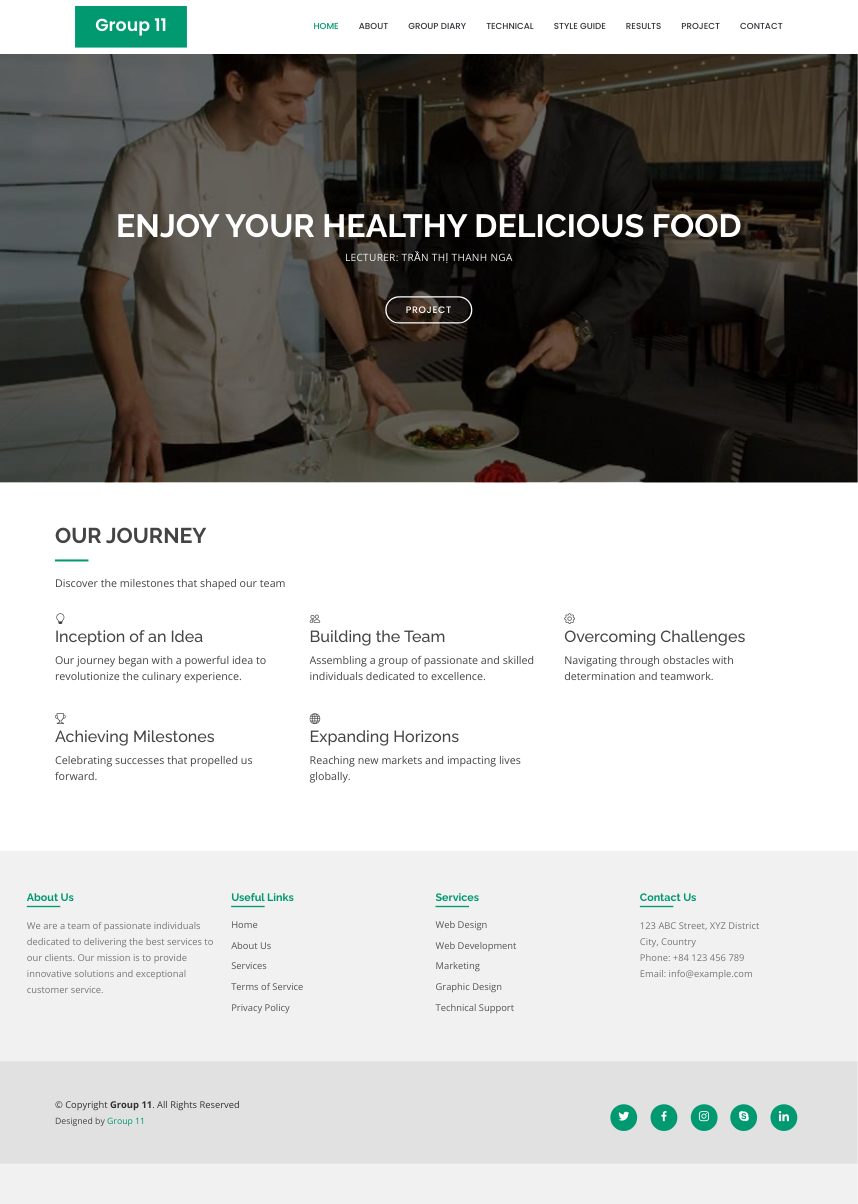
Repository: HoangKhangKhuPho4/Group_Web
Page: index.html
The author's editor kept a copy of each file at every save. The page is drawn from the files as they stood at one save, then again after the next save.
The browser window is 1280 px wide. The pictures show the whole page, at 67% of full size.
Backgrounds fixed to the window are drawn as part of the page.

Above is the page before, as saved 2024-10-19 23:55:26.

After the next save:
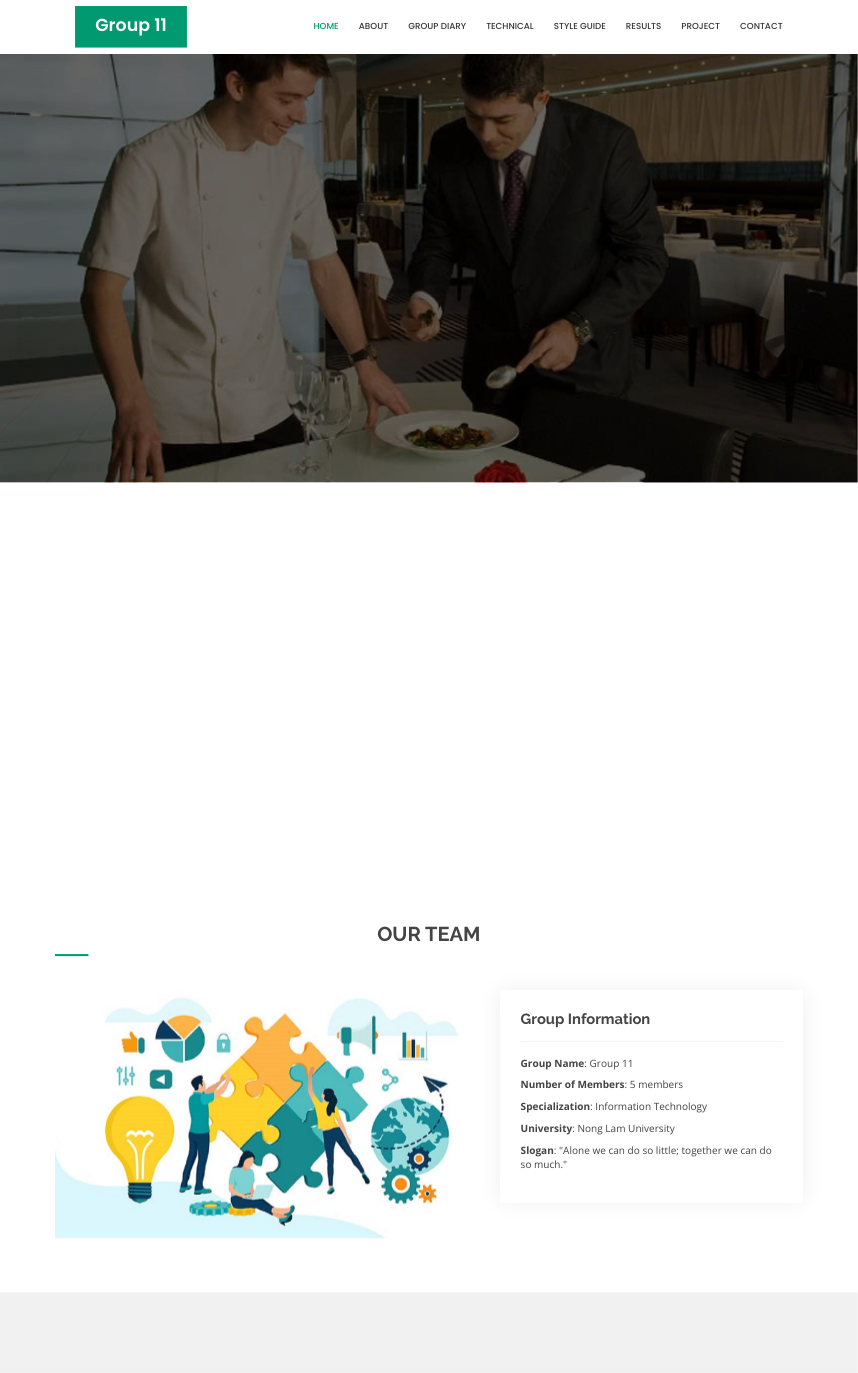
Console error: ReferenceError: AOS is not defined
Saved 2 min 8 s later.
--- a/index.html
+++ b/index.html
@@ -79,7 +79,7 @@
     <!-- ======= Our Journey Section ======= -->
     <section id="our-team-story" class="our-team-story">
       <div class="container" data-aos="fade-up">
-        <div class="section-title">
+        <div class="section-title text-center">
           <h2>Our Journey</h2>
           <p>Discover the milestones that shaped our team</p>
         </div>
@@ -158,7 +158,56 @@
     </section>
     <!-- End Our Journey Section -->
 
-    <!-- ... (giữ nguyên các phần khác nếu cần) ... -->
+    <!-- ======= Our Team Section ======= -->
+    <section id="portfolio-details" class="portfolio-details" style="margin-top: 4%;">
+      <div class="container">
+
+        <div class="section-title text-center">
+          <h2 style="font-size:30px; padding: 15px 30px;"><b>OUR TEAM</b></h2>
+        </div>
+
+        <div class="row gy-4">
+
+          <div class="col-lg-7">
+            <div class="portfolio-details-slider swiper">
+              <div class="swiper-wrapper align-items-center">
+
+                <div class="swiper-slide">
+                  <img src="assets/img/portfolio/portfolio-details-1.jpg" alt="">
+                </div>
+
+                <div class="swiper-slide">
+                  <img src="assets/img/portfolio/portfolio-details-2.jpg" alt="">
+                </div>
+
+                <div class="swiper-slide">
+                  <img src="assets/img/portfolio/portfolio-details-3.jpg" alt="">
+                </div>
+
+              </div>
+              <div class="swiper-pagination"></div>
+            </div>
+          </div>
+
+          <div class="col-lg-5">
+            <div class="portfolio-info">
+              <h3>Group Information</h3>
+              <ul>
+                <li><strong>Group Name</strong>: Group 11</li>
+                <li><strong>Number of Members</strong>: 5 members</li>
+                <li><strong>Specialization</strong>: Information Technology</li>
+                <li><strong>University</strong>: Nong Lam University</li>
+                <li><strong>Slogan</strong>: "Alone we can do so little; together we can do so much."</li>
+              </ul>
+            </div>
+
+          </div>
+
+        </div>
+
+      </div>
+    </section>
+    <!-- End Our Team Section -->
 
   </main>
   <!-- End #main -->
@@ -166,61 +215,7 @@
   <!-- ======= Footer ======= -->
   <!-- ... (giữ nguyên phần Footer) ... -->
   <footer id="footer">
-    <div class="footer-container">
-      <div class="footer-column">
-        <h4>About Us</h4>
-        <p>We are a team of passionate individuals dedicated to delivering the best services to our clients. Our mission
-          is to provide innovative solutions and exceptional customer service.</p>
-      </div>
-      <div class="footer-column">
-        <h4>Useful Links</h4>
-        <ul>
-          <li><a href="index.html">Home</a></li>
-          <li><a href="about.html">About Us</a></li>
-          <li><a href="services.html">Services</a></li>
-          <li><a href="terms.html">Terms of Service</a></li>
-          <li><a href="privacy.html">Privacy Policy</a></li>
-        </ul>
-      </div>
-      <div class="footer-column">
-        <h4>Services</h4>
-        <ul>
-          <li><a href="#">Web Design</a></li>
-          <li><a href="#">Web Development</a></li>
-          <li><a href="#">Marketing</a></li>
-          <li><a href="#">Graphic Design</a></li>
-          <li><a href="#">Technical Support</a></li>
-        </ul>
-      </div>
-      <div class="footer-column">
-        <h4>Contact Us</h4>
-        <p>
-          123 ABC Street, XYZ District<br>
-          City, Country<br>
-          Phone: +84 123 456 789<br>
-          Email: info@example.com
-        </p>
-      </div>
-    </div>
-    <div class="footer-bottom">
-      <div class="container d-md-flex py-4">
-        <div class="me-md-auto text-center text-md-start">
-          <div class="copyright">
-            &copy; Copyright <strong><span>Group 11</span></strong>. All Rights Reserved
-          </div>
-          <div class="credits">
-            Designed by <a href="#">Group 11</a>
-          </div>
-        </div>
-        <div class="social-links text-center text-md-right pt-3 pt-md-0">
-          <a href="#" class="twitter" title="Twitter"><i class="bx bxl-twitter"></i></a>
-          <a href="#" class="facebook" title="Facebook"><i class="bx bxl-facebook"></i></a>
-          <a href="#" class="instagram" title="Instagram"><i class="bx bxl-instagram"></i></a>
-          <a href="#" class="google-plus" title="Skype"><i class="bx bxl-skype"></i></a>
-          <a href="#" class="linkedin" title="LinkedIn"><i class="bx bxl-linkedin"></i></a>
-        </div>
-      </div>
-    </div>
+    <!-- ... (giữ nguyên nội dung footer) ... -->
   </footer>
   <!-- End Footer -->
 
@@ -229,14 +224,7 @@
       class="bi bi-arrow-up-short"></i></a>
 
   <!-- Vendor JS Files -->
-  <script src="assets/vendor/aos/aos.js"></script>
-  <script src="assets/vendor/bootstrap/js/bootstrap.bundle.min.js"></script>
-  <script src="assets/vendor/purecounter/purecounter.js"></script>
-  <script src="assets/vendor/glightbox/js/glightbox.min.js"></script>
-  <script src="assets/vendor/isotope-layout/isotope.pkgd.min.js"></script>
-  <script src="assets/vendor/swiper/swiper-bundle.min.js"></script>
-  <!-- Template Main JS File -->
-  <script src="assets/js/main.js"></script>
+  <!-- ... (giữ nguyên các script) ... -->
 
   <!-- Initialize AOS -->
   <script>

After the save that followed:
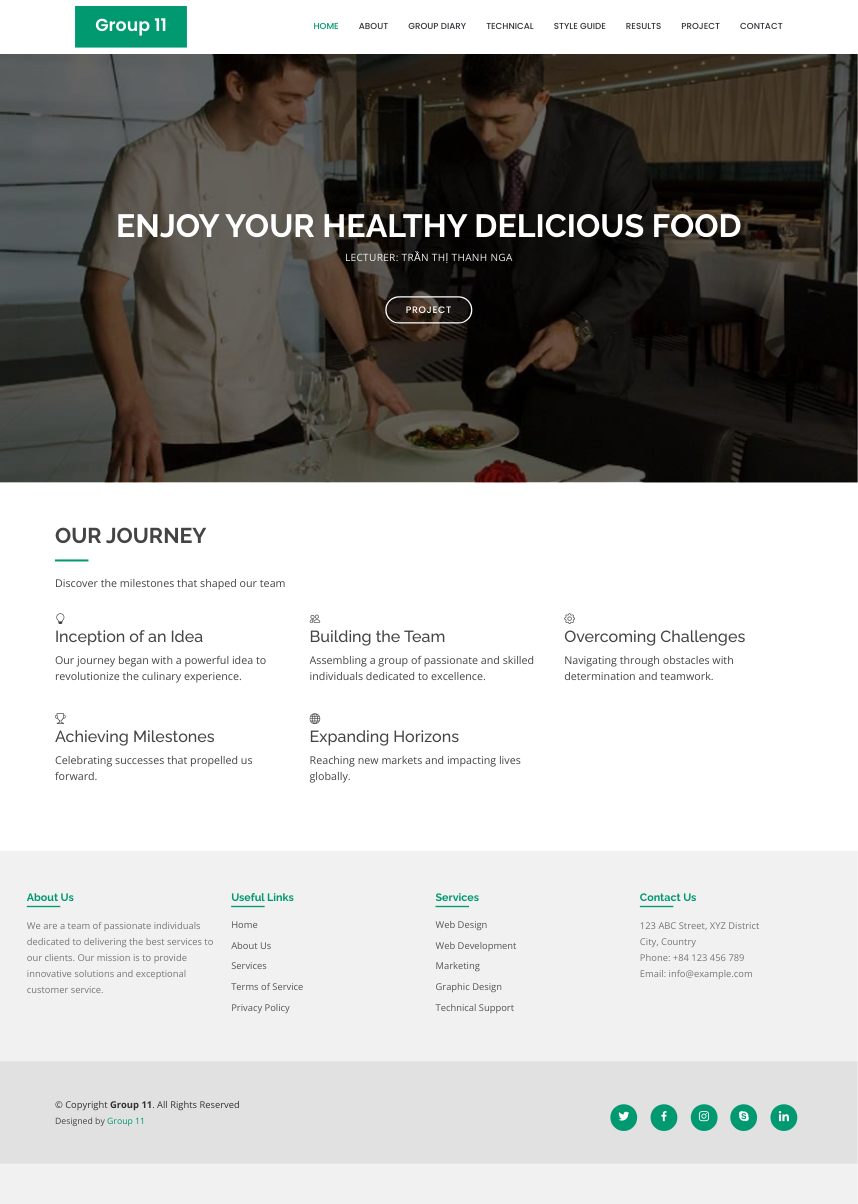
The error is gone.
Saved 9 s later.
--- a/index.html
+++ b/index.html
@@ -79,7 +79,7 @@
     <!-- ======= Our Journey Section ======= -->
     <section id="our-team-story" class="our-team-story">
       <div class="container" data-aos="fade-up">
-        <div class="section-title text-center">
+        <div class="section-title">
           <h2>Our Journey</h2>
           <p>Discover the milestones that shaped our team</p>
         </div>
@@ -158,56 +158,7 @@
     </section>
     <!-- End Our Journey Section -->
 
-    <!-- ======= Our Team Section ======= -->
-    <section id="portfolio-details" class="portfolio-details" style="margin-top: 4%;">
-      <div class="container">
-
-        <div class="section-title text-center">
-          <h2 style="font-size:30px; padding: 15px 30px;"><b>OUR TEAM</b></h2>
-        </div>
-
-        <div class="row gy-4">
-
-          <div class="col-lg-7">
-            <div class="portfolio-details-slider swiper">
-              <div class="swiper-wrapper align-items-center">
-
-                <div class="swiper-slide">
-                  <img src="assets/img/portfolio/portfolio-details-1.jpg" alt="">
-                </div>
-
-                <div class="swiper-slide">
-                  <img src="assets/img/portfolio/portfolio-details-2.jpg" alt="">
-                </div>
-
-                <div class="swiper-slide">
-                  <img src="assets/img/portfolio/portfolio-details-3.jpg" alt="">
-                </div>
-
-              </div>
-              <div class="swiper-pagination"></div>
-            </div>
-          </div>
-
-          <div class="col-lg-5">
-            <div class="portfolio-info">
-              <h3>Group Information</h3>
-              <ul>
-                <li><strong>Group Name</strong>: Group 11</li>
-                <li><strong>Number of Members</strong>: 5 members</li>
-                <li><strong>Specialization</strong>: Information Technology</li>
-                <li><strong>University</strong>: Nong Lam University</li>
-                <li><strong>Slogan</strong>: "Alone we can do so little; together we can do so much."</li>
-              </ul>
-            </div>
-
-          </div>
-
-        </div>
-
-      </div>
-    </section>
-    <!-- End Our Team Section -->
+    <!-- ... (giữ nguyên các phần khác nếu cần) ... -->
 
   </main>
   <!-- End #main -->
@@ -215,7 +166,61 @@
   <!-- ======= Footer ======= -->
   <!-- ... (giữ nguyên phần Footer) ... -->
   <footer id="footer">
-    <!-- ... (giữ nguyên nội dung footer) ... -->
+    <div class="footer-container">
+      <div class="footer-column">
+        <h4>About Us</h4>
+        <p>We are a team of passionate individuals dedicated to delivering the best services to our clients. Our mission
+          is to provide innovative solutions and exceptional customer service.</p>
+      </div>
+      <div class="footer-column">
+        <h4>Useful Links</h4>
+        <ul>
+          <li><a href="index.html">Home</a></li>
+          <li><a href="about.html">About Us</a></li>
+          <li><a href="services.html">Services</a></li>
+          <li><a href="terms.html">Terms of Service</a></li>
+          <li><a href="privacy.html">Privacy Policy</a></li>
+        </ul>
+      </div>
+      <div class="footer-column">
+        <h4>Services</h4>
+        <ul>
+          <li><a href="#">Web Design</a></li>
+          <li><a href="#">Web Development</a></li>
+          <li><a href="#">Marketing</a></li>
+          <li><a href="#">Graphic Design</a></li>
+          <li><a href="#">Technical Support</a></li>
+        </ul>
+      </div>
+      <div class="footer-column">
+        <h4>Contact Us</h4>
+        <p>
+          123 ABC Street, XYZ District<br>
+          City, Country<br>
+          Phone: +84 123 456 789<br>
+          Email: info@example.com
+        </p>
+      </div>
+    </div>
+    <div class="footer-bottom">
+      <div class="container d-md-flex py-4">
+        <div class="me-md-auto text-center text-md-start">
+          <div class="copyright">
+            &copy; Copyright <strong><span>Group 11</span></strong>. All Rights Reserved
+          </div>
+          <div class="credits">
+            Designed by <a href="#">Group 11</a>
+          </div>
+        </div>
+        <div class="social-links text-center text-md-right pt-3 pt-md-0">
+          <a href="#" class="twitter" title="Twitter"><i class="bx bxl-twitter"></i></a>
+          <a href="#" class="facebook" title="Facebook"><i class="bx bxl-facebook"></i></a>
+          <a href="#" class="instagram" title="Instagram"><i class="bx bxl-instagram"></i></a>
+          <a href="#" class="google-plus" title="Skype"><i class="bx bxl-skype"></i></a>
+          <a href="#" class="linkedin" title="LinkedIn"><i class="bx bxl-linkedin"></i></a>
+        </div>
+      </div>
+    </div>
   </footer>
   <!-- End Footer -->
 
@@ -224,7 +229,14 @@
       class="bi bi-arrow-up-short"></i></a>
 
   <!-- Vendor JS Files -->
-  <!-- ... (giữ nguyên các script) ... -->
+  <script src="assets/vendor/aos/aos.js"></script>
+  <script src="assets/vendor/bootstrap/js/bootstrap.bundle.min.js"></script>
+  <script src="assets/vendor/purecounter/purecounter.js"></script>
+  <script src="assets/vendor/glightbox/js/glightbox.min.js"></script>
+  <script src="assets/vendor/isotope-layout/isotope.pkgd.min.js"></script>
+  <script src="assets/vendor/swiper/swiper-bundle.min.js"></script>
+  <!-- Template Main JS File -->
+  <script src="assets/js/main.js"></script>
 
   <!-- Initialize AOS -->
   <script>
